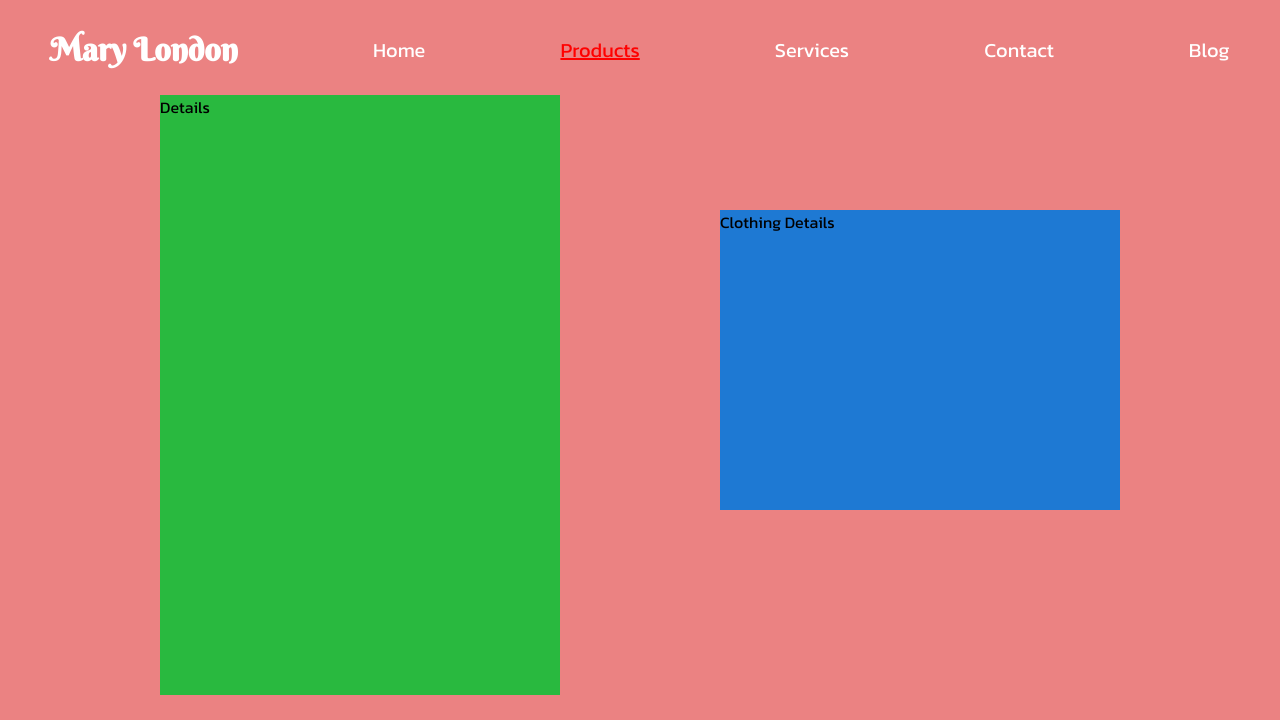
Repository: Habeebur1493/test2
Page: /products/clothing
These files come from the project's save history. The page is drawn as it stood at one moment and after the next save; the edit follows.
The browser window is 1280 px wide. The pictures show the whole page.
The project was rebuilt for these pictures with package versions that can differ from the ones it lists, and the page was loaded fresh each time. Also part of the build but not shown: vite.config.js, src/Frontend/Loader/loaderstyle.css, src/Frontend/Firstpage/Home.jsx, src/Frontend/Firstpage/Products.jsx, src/Frontend/Firstpage/Services.jsx, src/Frontend/Firstpage/Contact.jsx, src/Frontend/Firstpage/Blog.jsx.

Above is the page before, as saved 2024-12-28 20:56:47.

### index.html
<!doctype html>
<html lang="en">
  <head>
    <meta charset="UTF-8" />
    <meta name="viewport" content="width=device-width, initial-scale=1.0" />
    <link rel="stylesheet" href="https://fonts.googleapis.com/css2?family=Archivo:ital,wght@0,100..900;1,100..900&display=swap">
    <link href='https://unpkg.com/boxicons@2.1.4/css/boxicons.min.css' rel='stylesheet'>
    <title>MaryLondon</title>
  </head>
  <body>


    <div id="root"></div>
    <script type="module" src="/src/main.jsx"></script>
  </body>
</html>

### src/main.jsx
import { createRoot } from "react-dom/client";
import "./index.css";
import App from "./App";
import FrontendContext from "./context/FrontendContext";
import { BrowserRouter } from "react-router-dom";

createRoot(document.getElementById("root")).render(
  <FrontendContext>
    <BrowserRouter>
      <App />
    </BrowserRouter>
  </FrontendContext>
);

### src/App.jsx
import React from "react";
import { Route, Routes } from "react-router-dom";
import Pageloader from "./Frontend/Loader/PageLoader";
import Page1 from "./Frontend/Firstpage/Page1";
import Home from "./Frontend/Firstpage/Home";
import Products from "./Frontend/Firstpage/Products";
import Services from "./Frontend/Firstpage/Services";
import Contact from "./Frontend/Firstpage/Contact";
import Blog from "./Frontend/Firstpage/Blog";
import Nav from "./Frontend/Firstpage/Nav";
import "./App.css";
import "./Frontend/Firstpage/page1.css";
import "./Frontend/Loader/loaderstyle.css";
import ClothingDetails from "./Frontend/Firstpage/ClothingDetails";

const App = () => {
  const banners = [
    "https://s7ap1.scene7.com/is/image/adityabirlafashion/AS_D_HB_285_11_24_WinterRetreat_V1?resMode=sharp2&wid=1600&hei=642",
    "https://m.media-amazon.com/images/S/aplus-media-library-service-media/a79fdedf-c088-4a27-925a-5948d42135e6.__CR0,0,1464,600_PT0_SX1464_V1___.jpg",
    "https://images.hindustantimes.com/tech/img/2021/10/06/1600x900/IMG-20211005-WA0007_1633522371964_1633522436021.jpg",
    "https://www.sony.co.in/content/dam/sony/contents/regional-FSMC/india/common/homepage/primary-tout/2024/cich-bravia/CICH-Banner_D.jpg",
    "https://www.boat-lifestyle.com/cdn/shop/files/480_Desktop_2_1440x.png?v=1733813003",
    "https://graphicsfamily.com/wp-content/uploads/2020/07/Shoes-Advertising-Banner-Design-Template-1536x864.jpg",
  ];

  return (
    <div>
      <Pageloader />
      <Page1 />
      <Nav />
      <Routes>
        <Route path="/" element={<Home banners={banners} />} />
        <Route path="/products" element={<Products />} />
        <Route path="/products/:category" element={<ClothingDetails />} />
        <Route path="/services" element={<Services />} />
        <Route path="/contact" element={<Contact />} />
        <Route path="/blog" element={<Blog />} />
      </Routes>
    </div>
  );
};

export default App;

### src/context/FrontendContext.jsx
import { createContext, useState } from "react";




export const datacontext = createContext(null);

const FrontendContext = (props) => {
  const [data, setData] = useState("");

return (
  <datacontext.Provider value={[data, setData]}>
    {props.children}
  </datacontext.Provider>
);
};

export default FrontendContext;

### src/Frontend/Loader/PageLoader.jsx
import React, { useState, useEffect } from "react";
import { gsap } from "gsap";
import "./loaderstyle.css";





const App = () => {
  const [showScreen, setShowScreen] = useState(true);

  // Helper function to split text into individual letters
  const splitText = (text) =>
    text.split("").map((char, index) => (
      <span key={index} className="letter">
        {char}
      </span>
    ));

  // Part 1: Animation for spinning letters
  useEffect(() => {
    const letters = document.querySelectorAll(".letter");

    const animation = gsap.fromTo(
      letters,
      { rotationY: 0 },
      {
        rotationY: 360,
        duration: 1,
        repeat: -1,
        ease: "power1.inOut",
        stagger: 0.1,
      }
    );

    return () => {
      animation.kill();
    };
  }, []);

  // Part 2: Screen timeout
  useEffect(() => {
    const timer = setTimeout(() => {
      setShowScreen(false);
    }, 3000);

    return () => clearTimeout(timer);
  }, []);

  return (
    <div>
      {showScreen ? (
        <div className="screen">
          <div className="text-container">
            <div className="text">{splitText("Mary")}</div>
            <div className="loader"></div>
            <div className="text">{splitText("London")}</div>
          </div>
        </div>
      ) : (
        <div>

        </div>
      )}
    </div>
  );
};

export default App;

### src/Frontend/Firstpage/Page1.jsx
import React from "react";
import "./page1.css";


const Page1 = () => {
  return (
    <div className="page1">

    </div>
  );
};

export default Page1;

### src/Frontend/Firstpage/Nav.jsx
import React, { useEffect } from "react";
import { NavLink } from "react-router-dom";
import gsap from "gsap";
import "./page1.css";

const Nav = () => {
  const activeStyle = {
    textDecoration: "underline",
    color: "red",

};

  useEffect(() => {
    const navLinks = document.querySelectorAll("nav a");


    // Animate the navigation links
    gsap.from(navLinks, {
      opacity: 0,
      x: -50,
      duration: 1,
      delay: 4,
      stagger: 0.2, // Adds a delay between each link
    });
  }, []);

  return (
    <nav>
      <h1>Mary London</h1>

      <NavLink to="/" style={({ isActive }) => (isActive ? activeStyle : null)}>
        Home
      </NavLink>
      <NavLink to="/products" style={({ isActive }) => (isActive ? activeStyle : null)}>
        Products
      </NavLink>
      <NavLink to="/services" style={({ isActive }) => (isActive ? activeStyle : null)}>
        Services
      </NavLink>
      <NavLink to="/contact" style={({ isActive }) => (isActive ? activeStyle : null)}>
        Contact
      </NavLink>
      <NavLink to="/blog" style={({ isActive }) => (isActive ? activeStyle : null)}>
        Blog
      </NavLink>
    </nav>
  );
};

export default Nav;

### src/App.css
@import url('https://fonts.googleapis.com/css2?family=Berkshire+Swash&display=swap');



body{
    background-color: #cc9b9b;
}

nav{
    display: flex;
    justify-content: space-between;
    align-items: center;
    padding: 0px 50px;
    background-color: #b9abf700;
    color: #fff;


}
nav ul{
    display: flex;
    list-style: none;
    gap: 10px;
    font-size: 20px;
    padding: 20px;
    font-weight: 600;


}
nav ul li a{
    cursor: pointer;
    text-decoration: none;
    color: #fff;

}


.page1{
    height: 100%;
    width: 100%;

}

.logo{
    display: flex;
    align-items: center;
    margin-top: 20px;
}
.logo img{
    width: 120px;
    height: 120px;
    padding-bottom: 15px;
}

.logo h1{
    font-size: 32px;
    color: black;
    font-weight: 900;
    font-family: Berkshire Swash;
    border-bottom: 5px solid black;
    display: inline-block;
    width: 160px;
    text-align: center;

}

### src/Frontend/Firstpage/page1.css
@import url('https://fonts.googleapis.com/css2?family=Berkshire+Swash&display=swap');
@import url('https://fonts.googleapis.com/css2?family=Kanit:ital,wght@0,100;0,200;0,300;0,400;0,500;0,600;0,700;0,800;0,900;1,100;1,200;1,300;1,400;1,500;1,600;1,700;1,800;1,900&display=swap');



body{
  font-family: "Kanit", serif;
  background-image: linear-gradient(to right, #2980b9,#2c3e50);
}


nav{
    display: flex;
    justify-content: space-evenly;
    align-items: center;
    gap: 10px;
    height: 100px;
    width: 100%;
    font-family: "Kanit", serif;
    position: fixed;
    z-index: 1;
    font-size: 20px;
    color: #fff;
}


.page1{
    height: 100%;
    width: 100%;

}
nav h1{
    font-size: 32px;
    color: #fff;
    font-weight: 900;
    font-family: Berkshire Swash;
    text-align: center;
}

.slider-container {
    position: relative;
    width: 80%;
    height: 600px;
    overflow: hidden;
    margin: 0 auto;
    padding-top: 150px;
}

  .slider-wrapper {
    width: 100%;
    height: 100%;
  }

  .slider-content {
    display: flex;
    transition: transform 0.5s ease-in-out;
    height: 100%;
  }

  .slide {
    width: 100%;
    height: 100%;
    flex-shrink: 0;
  }

  .prev-button,
  .next-button {
    position: absolute;
    top: 60%;
    transform: translateY(-50%);
    background: rgba(238, 236, 236, 0.5);
    color: white;
    border: none;
    padding: 10px 15px;
    cursor: pointer;
    z-index: 1000;
    border-radius: 50%;
}

  .prev-button {
    left: 10px;
  }

  .next-button {
    right: 10px;
  }

  .dots {
    position: absolute;
    bottom: 15px;
    left: 50%;
    transform: translateX(-50%);
    display: flex;
    gap: 5px;
  }

  .dot {
    width: 10px;
    height: 10px;
    background: white;
    border-radius: 50%;
    cursor: pointer;
  }

  .dot.active {
    background: black;
  }


  .container{
    grid-template-rows: 2fr 1fr 1fr;
    grid-template-columns: 1fr 1fr 1fr;
    display: grid;
    justify-items: center;
    align-items: center;
    height: 100vh;
    width: 100%;
    z-index: 1;
    padding-top: 90px;
    padding-left: 50px;

  }

  .container .box1{
    background-color: blue;
    height: 200px;
    width: 400px;
    box-shadow: 0 0 10px rgba(0, 0, 0, 0.2);
    transition: transform 0.3s ease-in-out;
    cursor: pointer;
  }
  .container .box2{
    background-color: blue;
    height: 200px;
    width: 400px;
    box-shadow: 0 0 10px rgba(0, 0, 0, 0.2);
    transition: transform 0.3s ease-in-out;
    cursor: pointer;
  }
  .container .box3{
    background-color: blue;
    height: 200px;
    width: 400px;
    box-shadow: 0 0 10px rgba(0, 0, 0, 0.2);
    transition: transform 0.3s ease-in-out;
    cursor: pointer;
  }
 .container .box4{
    background-color: blue;
    height: 200px;
    width: 400px;
    box-shadow: 0 0 10px rgba(0, 0, 0, 0.2);
    transition: transform 0.3s ease-in-out;
    cursor: pointer;
  }
  .container .box5{
    background-color: blue;
    height: 200px;
    width: 400px;
    box-shadow: 0 0 10px rgba(0, 0, 0, 0.2);
    transition: transform 0.3s ease-in-out;
    cursor: pointer;
  }
  .container .box6{
    background-color: blue;
    height: 200px;
    width: 400px;
    box-shadow: 0 0 10px rgba(0, 0, 0, 0.2);
    transition: transform 0.3s ease-in-out;
    cursor: pointer;


}

  .container .box1:hover{
    transform: scale(1.1);
  }
  .container .box2:hover{
    transform: scale(1.1);
  }
  .container .box3:hover{
    transform: scale(1.1);
  }
  .container .box4:hover{
    transform: scale(1.1);
  }
  .container .box5:hover{
    transform: scale(1.1);
  }
  .container .box6:hover{
    transform: scale(1.1);
  }


  .container h1{
    text-align: center;
    color: #fff;
    font-family: 'Gill Sans', 'Gill Sans MT', Calibri, 'Trebuchet MS', sans-serif;
    font-size: 30px;
  }


  .ClothingDetails{
    height: 100vh;
    width: 100%;
    background-color: #eb8282;
  }


  .container1{
  display: flex;
  justify-content: space-evenly;
  align-items: center;
  height: 100vh;
  width: 100%;
}

  .column1{
    height: 600px;
    width: 400px;
    background-color: #29b93f;
    margin-top: 70px;
  }

  .column2{
    height: 300px;
    width: 400px;
    background-color: #1e79d3;
  }

### src/Frontend/Firstpage/ClothingDetails.jsx
import React from "react";
import "./page1.css";
import { useNavigate, useParams, useLocation } from "react-router-dom";

const ClothingDetails = () => {
  const params = useParams();
  const loacation = useLocation();

  console.log(loacation);

  return (
    <div className="ClothingDetails">
      <div className="container1">

        <div className="column1">
        <h1>Details</h1>
        </div>

        <div className="column2">
          <h1>Clothing Details</h1>
        </div>

      </div>
    </div>
  );
};

export default ClothingDetails;

Loaded but not shown: src/index.css (common file); tailwind.config.js (common file)

After the next save:
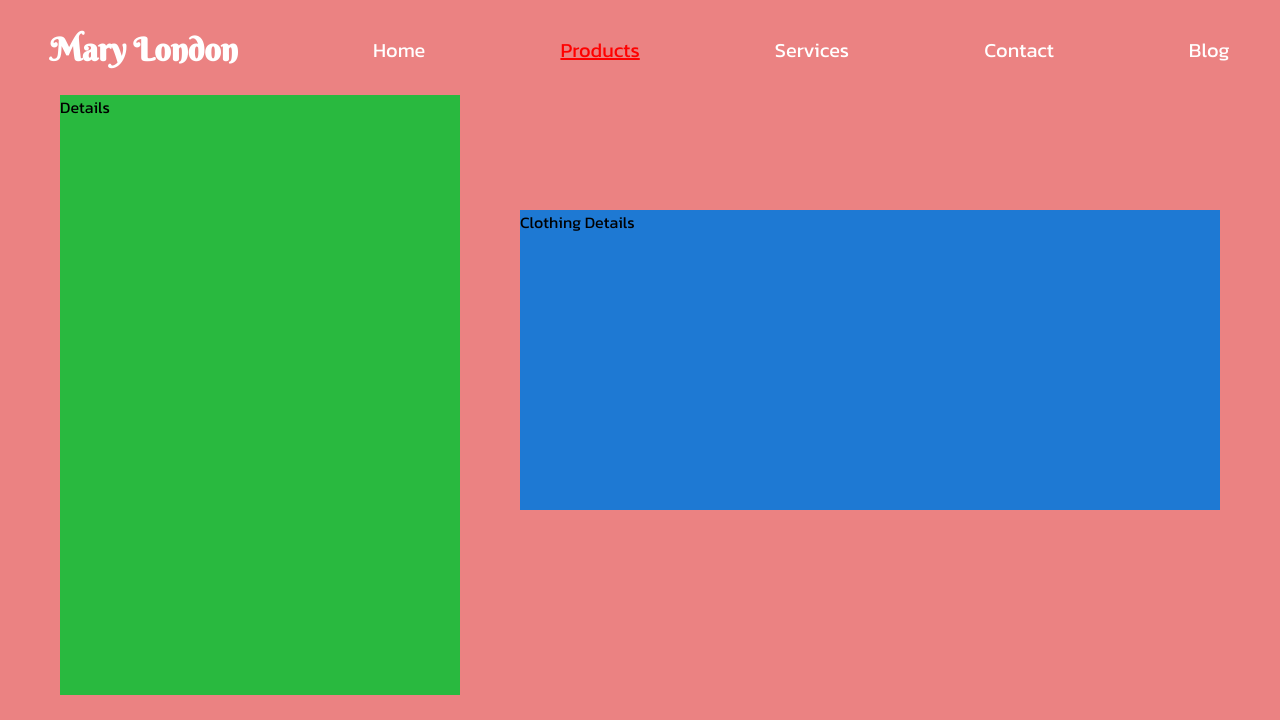
Saved 15 s later.
--- a/src/Frontend/Firstpage/page1.css
+++ b/src/Frontend/Firstpage/page1.css
@@ -224,6 +224,6 @@ nav h1{
 
   .column2{
     height: 300px;
-    width: 400px;
+    width: 700px;
     background-color: #1e79d3;
   }
